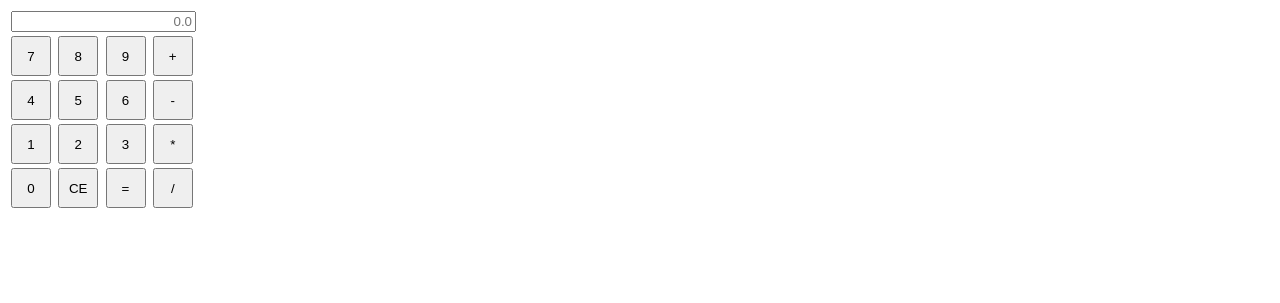
Repository: Seonhanbit/dev
Page: work_frontend/ws_frontend_0902_선한빛/WebContent/Calculator.html
An editor plug-in stored every save of this project. The page is shown before and after the next save, followed by the edit.
The browser window is 1280 px wide. The pictures show the whole page.

Above is the page before, as saved 2019-09-03 05:51:08.

After the next save:
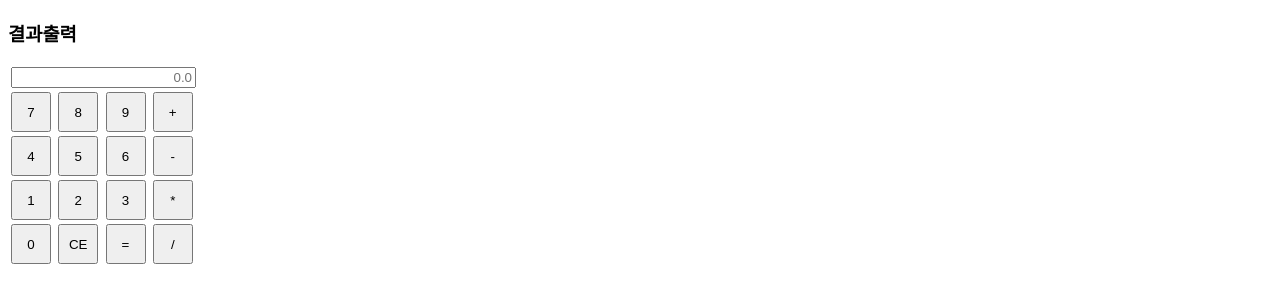
Saved 50 s later.
--- a/work_frontend/ws_frontend_0902_선한빛/WebContent/Calculator.html
+++ b/work_frontend/ws_frontend_0902_선한빛/WebContent/Calculator.html
@@ -68,6 +68,7 @@
 			<td><Input type="button" id='/' value="/" onclick="view('/')"
 				style="width: 30pt; height: 30pt" /></td>
 		</tr>
+		<h3>결과출력</h3>
 		<div id="결과"></div>
 	</table>
 </body>

After the save that followed:
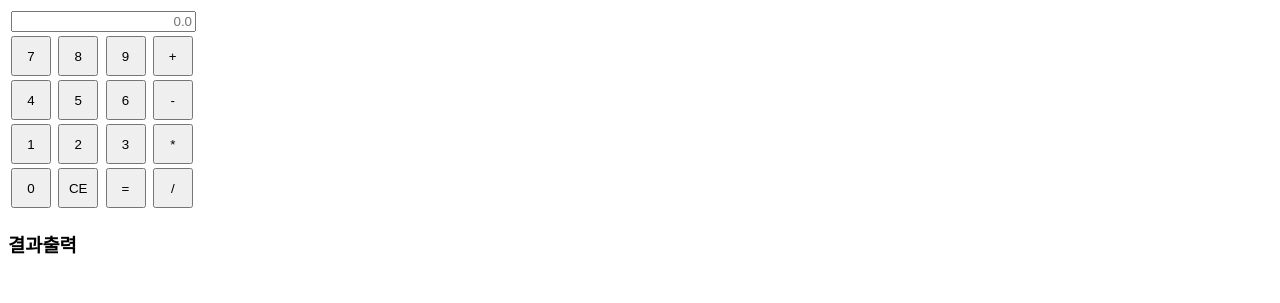
Saved 13 s later.
--- a/work_frontend/ws_frontend_0902_선한빛/WebContent/Calculator.html
+++ b/work_frontend/ws_frontend_0902_선한빛/WebContent/Calculator.html
@@ -68,8 +68,8 @@
 			<td><Input type="button" id='/' value="/" onclick="view('/')"
 				style="width: 30pt; height: 30pt" /></td>
 		</tr>
-		<h3>결과출력</h3>
+	</table>
+	<h3>결과출력</h3>
 		<div id="결과"></div>
-	</table>
 </body>
 </html>
